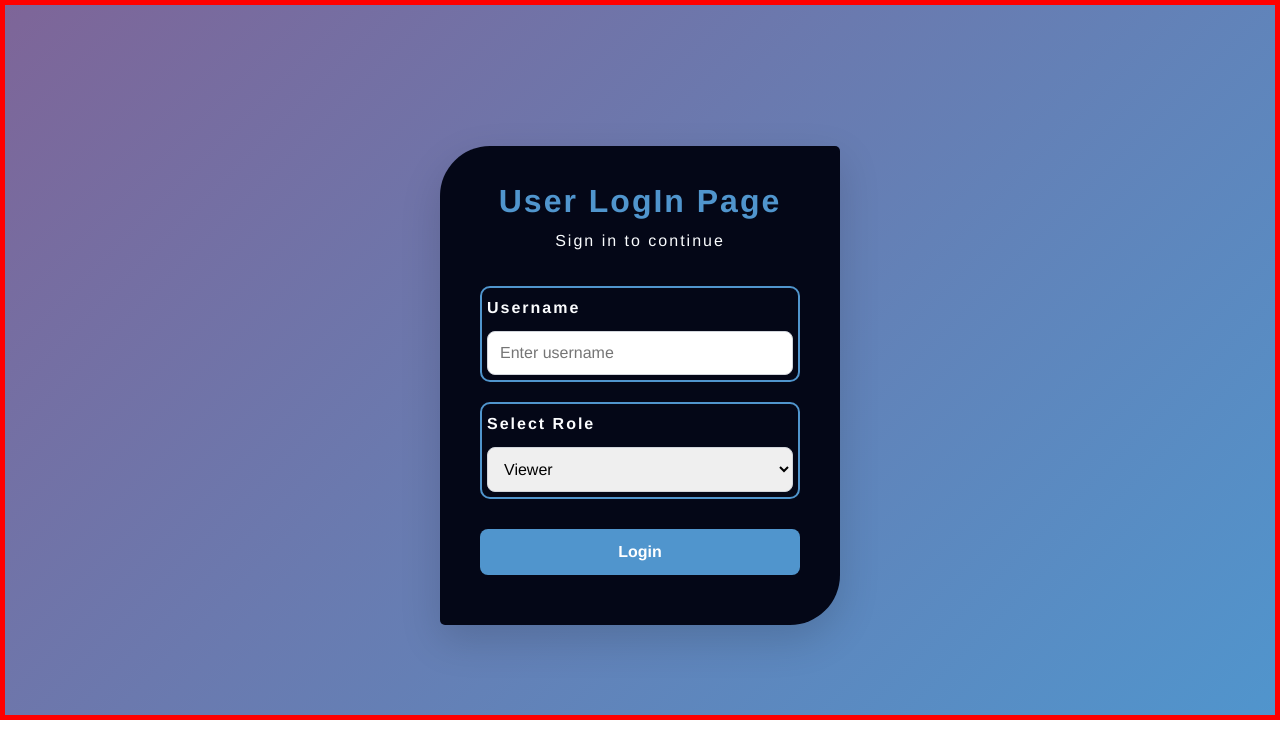
Repository: SolomonChinonso/myUserDashboard
Page: /dashboard (app in my-user-dashboard-app/)
An editor plug-in stored every save of this project. The page is shown before and after the next save, followed by the edit.
The browser window is 1280 px wide. The pictures show the whole page.
The project was rebuilt for these pictures with package versions that can differ from the ones it lists, and the page was loaded fresh each time. Also part of the build but not shown: my-user-dashboard-app/vite.config.ts, my-user-dashboard-app/src/App.css, my-user-dashboard-app/src/pages/global.css, my-user-dashboard-app/src/pages/Dashboard.tsx, my-user-dashboard-app/src/pages/Profile.tsx, my-user-dashboard-app/src/pages/Settings.tsx, my-user-dashboard-app/src/components/Navbar.tsx.

Above is the page before, as saved 2026-05-31 14:31:06.

After the next save:
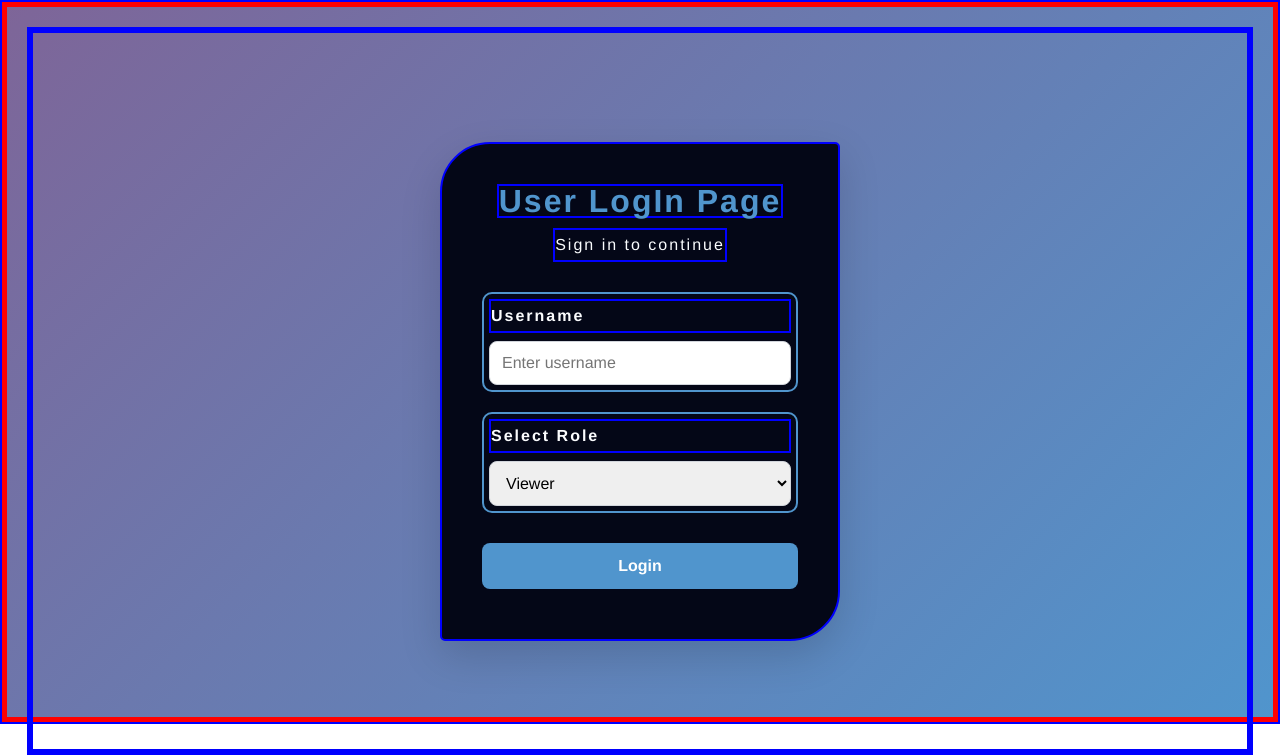
Saved 9 s later.
--- a/my-user-dashboard-app/src/index.css
+++ b/my-user-dashboard-app/src/index.css
@@ -3,7 +3,7 @@
     padding: 0;
     font-family: 'Franklin Gothic Medium', 'Arial Narrow', Arial, sans-serif;
     box-sizing: border-box;
-    border: ;
+    border: 2px solid blue;
 }
 body{
    height: 100vh;
